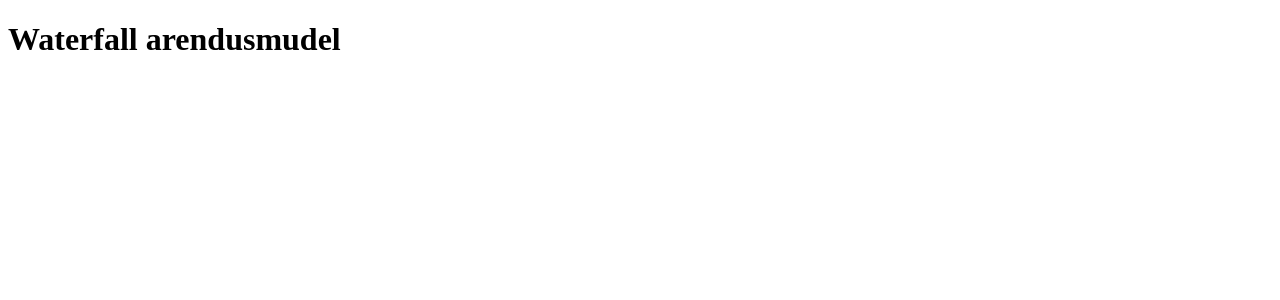
Repository: annemariv/Targe24
Page: elutsykkel/waterfall.html
An editor plug-in stored every save of this project. The page is shown before and after the next save, followed by the edit.
The browser window is 1280 px wide. The pictures show the whole page.

Above is the page before, as saved 2024-11-06 18:37:55.

### elutsykkel/waterfall.html
<!DOCTYPE html>
<html lang="en">
<head>
    <meta charset="UTF-8">
    <meta name="viewport" content="width=device-width, initial-scale=1.0">
    <title>Waterfall arendusmudel</title>
</head>
<body>
    <p>
        <!--pealkiri-->
        <!--kirjeldus oma sonadega-->
        <!--etappide tapsem kirjeldus-->
        <!--visuaalne joonis-->
        <!--tabel, mis loetleb head ja vead ()-->
    </p>
    <h1>Waterfall arendusmudel</h1>
    <p></p>
</body>
</html>

After the next save:
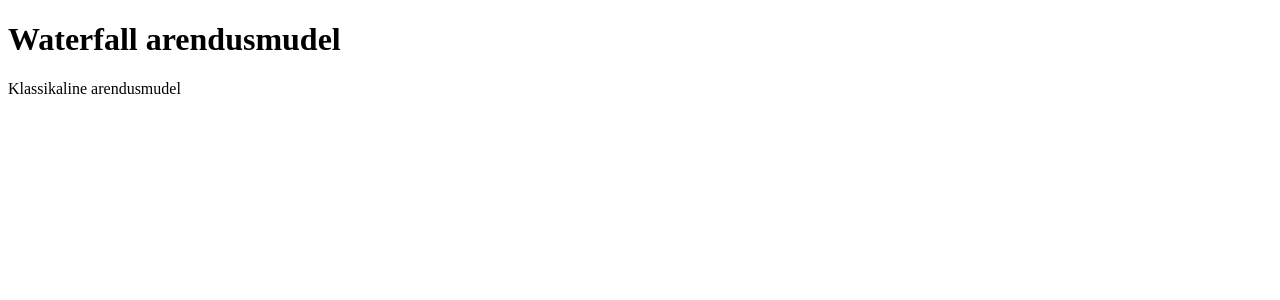
Saved 38 s later.
--- a/elutsykkel/waterfall.html
+++ b/elutsykkel/waterfall.html
@@ -14,6 +14,6 @@
         <!--tabel, mis loetleb head ja vead ()-->
     </p>
     <h1>Waterfall arendusmudel</h1>
-    <p></p>
+    <p>Klassikaline arendusmudel</p>
 </body>
 </html>
